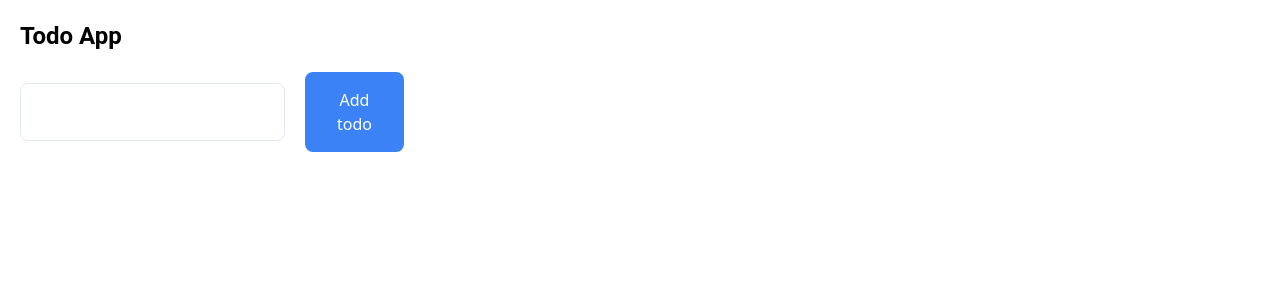
Repository: vophuocthanh/react-typescript
Page: /
The author's editor kept a copy of each file at every save. The page is drawn from the files as they stood at one save, then again after the next save.
The browser window is 1280 px wide. The pictures show the whole page.
The project was rebuilt for these pictures with package versions that can differ from the ones it lists, and the page was loaded fresh each time. Also part of the build but not shown: vite.config.ts.

Above is the page before, as saved 2023-04-05 00:03:05.

After the next save:
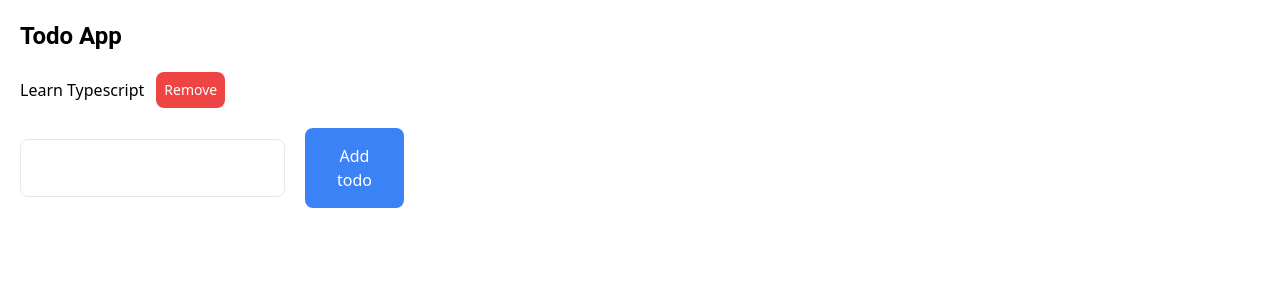
Saved 55 s later.
--- a/src/App.tsx
+++ b/src/App.tsx
@@ -25,7 +25,12 @@ const todoReducer = (state: Todo[], action: ActionType) => {
       throw new Error("");
   }
 };
-const initialState: any[] = [];
+const initialState: Todo[] = [
+  {
+    id: 1,
+    text: "Learn Typescript",
+  },
+];
 const App = () => {
   const [todos, dispatch] = useReducer(todoReducer, initialState);
   const onRemoveTodo = (todoId: number) => {
